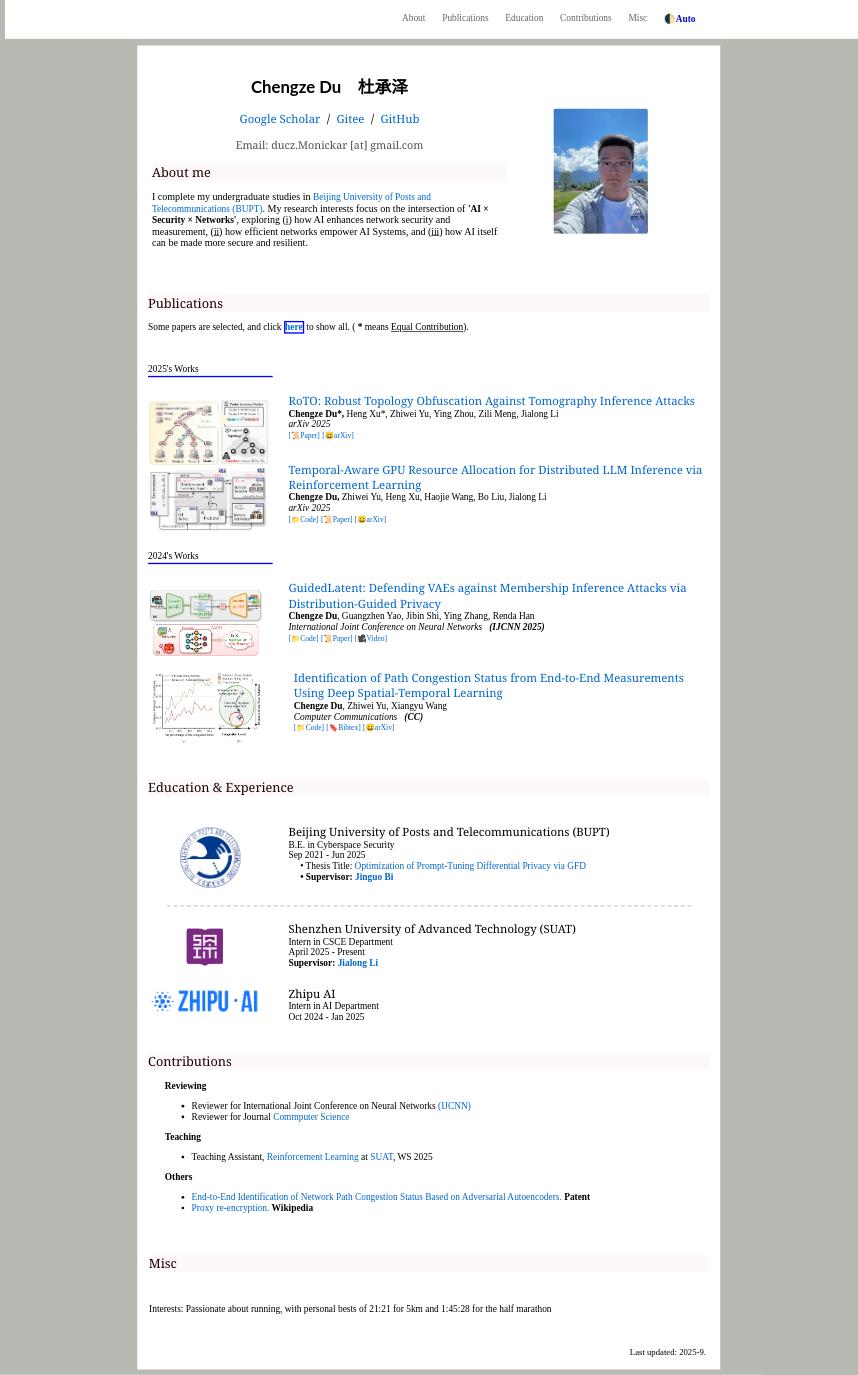
Repository: Monickar/Monickar.github.io
Page: index.html
The author's editor kept a copy of each file at every save. The page is drawn from the files as they stood at one save, then again after the next save.
The browser window is 1280 px wide. The pictures show the whole page, at 67% of full size.

Above is the page before, as saved 2025-10-28 19:01:14.

After the next save:
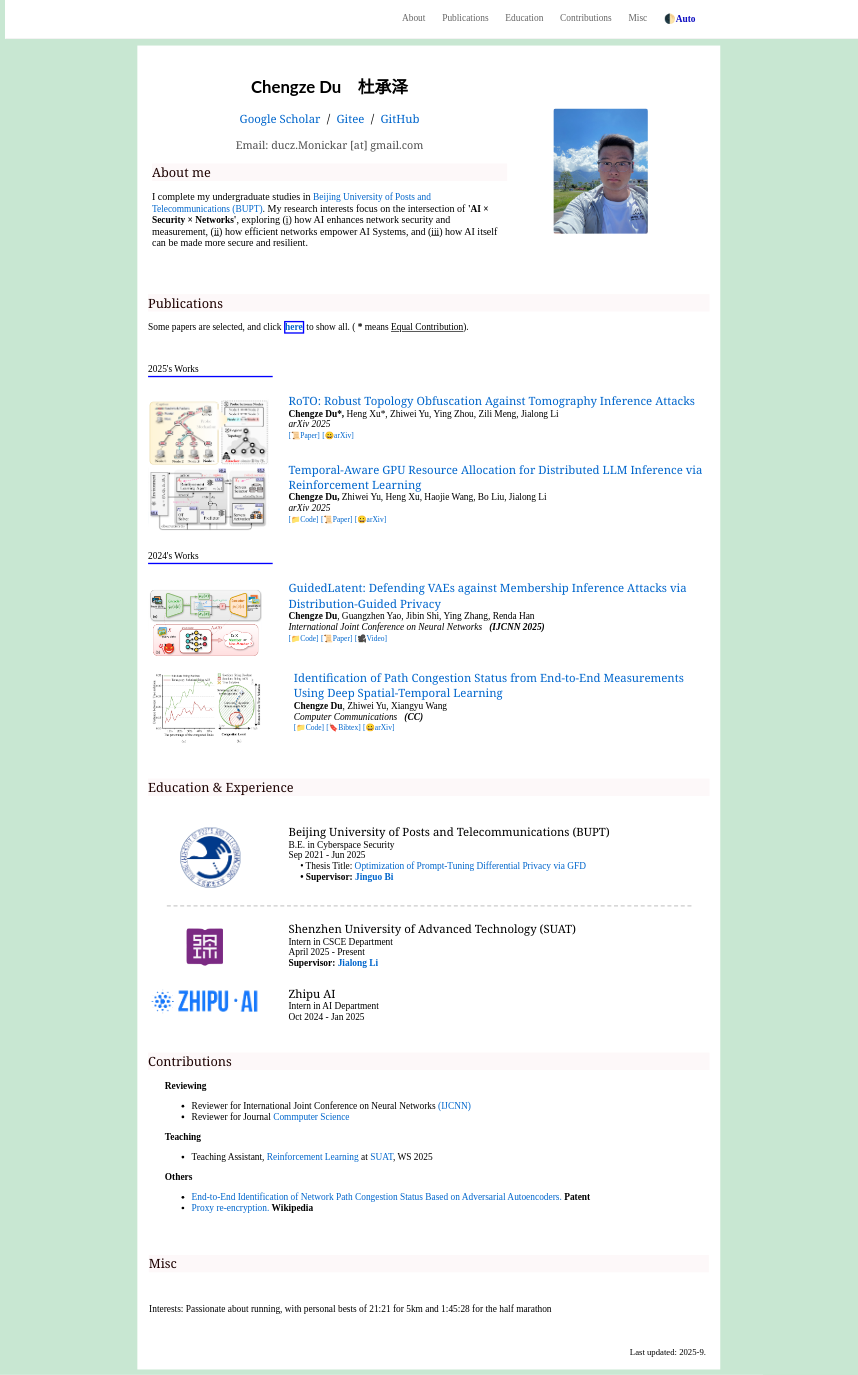
Saved 16 s later.
--- a/styles.css
+++ b/styles.css
@@ -21,7 +21,7 @@
 }
 
 .bodycolor {
-  background-color: #b6bab3;
+  background-color: #c8e7d2;
 }
 
 a {
